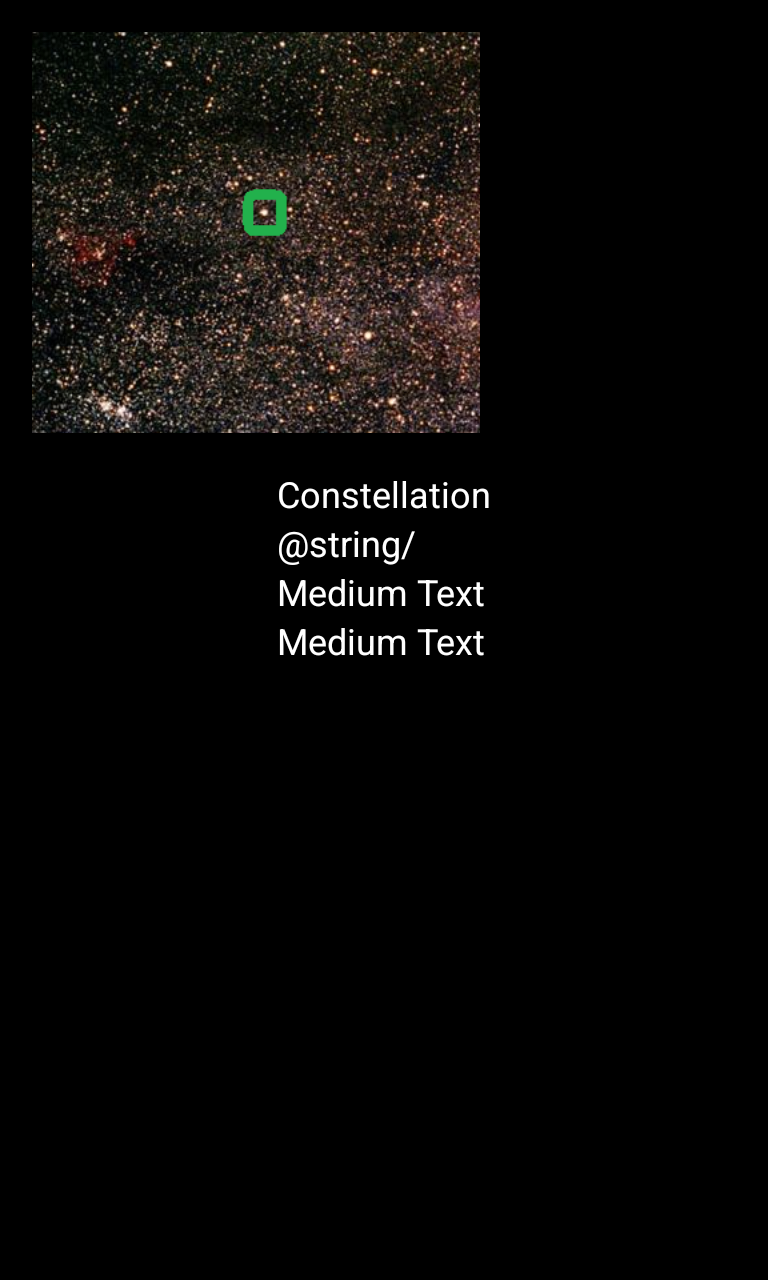
Repository: MoffMade/CSCE315-Android-App
Layout: Constellation Explorer Eclipse Project/Constellation Explorer/res/layout/activity_star_data.xml
These files come from the project's save history. The layout is drawn as it stood at one moment and after the next save; the edit follows.
It is drawn on a 768 x 1280 px phone screen (xhdpi) without system bars, with theme AppTheme; the app's code is not run.

Above is the layout before, as saved 2013-11-12 03:26:20.

After the next save:
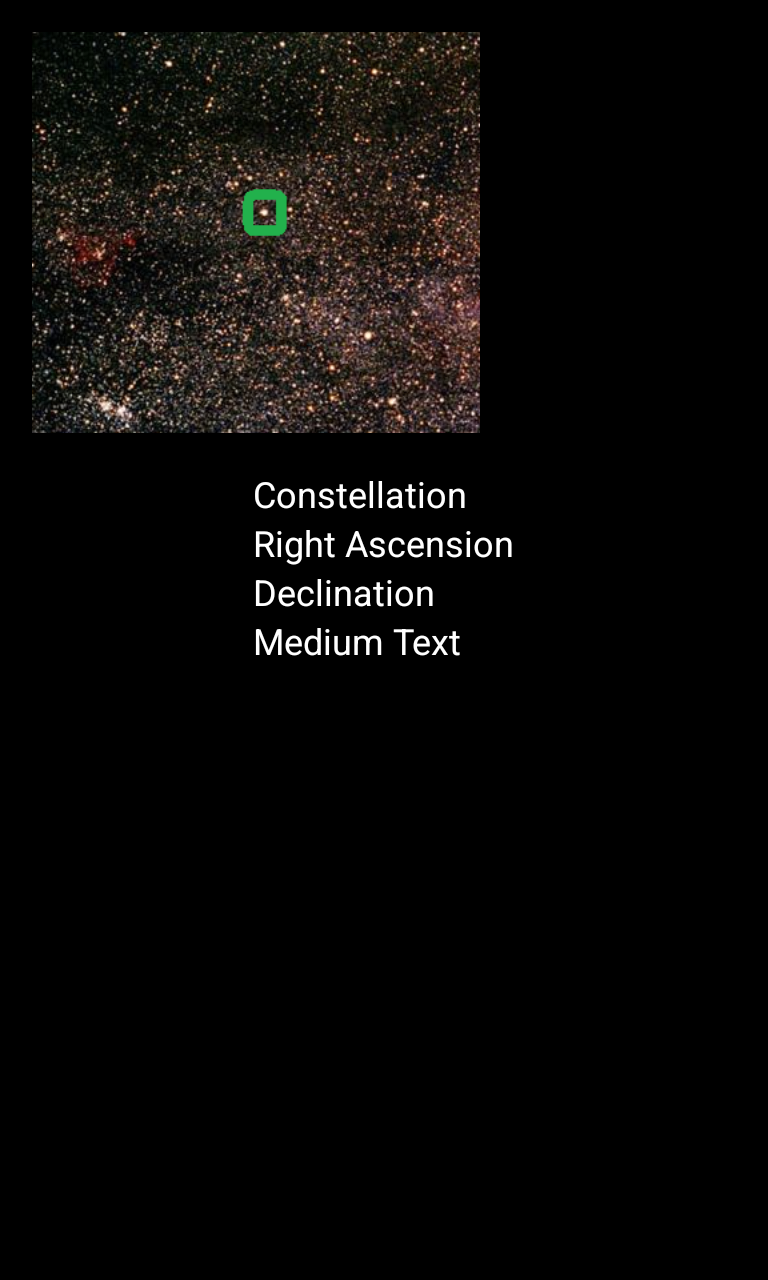
Saved 54 s later.
--- a/Constellation Explorer Eclipse Project/Constellation Explorer/res/layout/activity_star_data.xml
+++ b/Constellation Explorer Eclipse Project/Constellation Explorer/res/layout/activity_star_data.xml
@@ -46,7 +46,7 @@
                 android:id="@+id/textView2"
                 android:layout_width="wrap_content"
                 android:layout_height="wrap_content"
-                android:text="@string/"
+                android:text="@string/right_ascension"
                 android:textAppearance="?android:attr/textAppearanceMedium"
                 android:textColor="@color/main_menu_text_color" />
         </TableRow>
@@ -60,7 +60,7 @@
                 android:id="@+id/textView3"
                 android:layout_width="wrap_content"
                 android:layout_height="wrap_content"
-                android:text="Medium Text"
+                android:text="@string/declination"
                 android:textAppearance="?android:attr/textAppearanceMedium"
                 android:textColor="@color/main_menu_text_color" />
         </TableRow>
